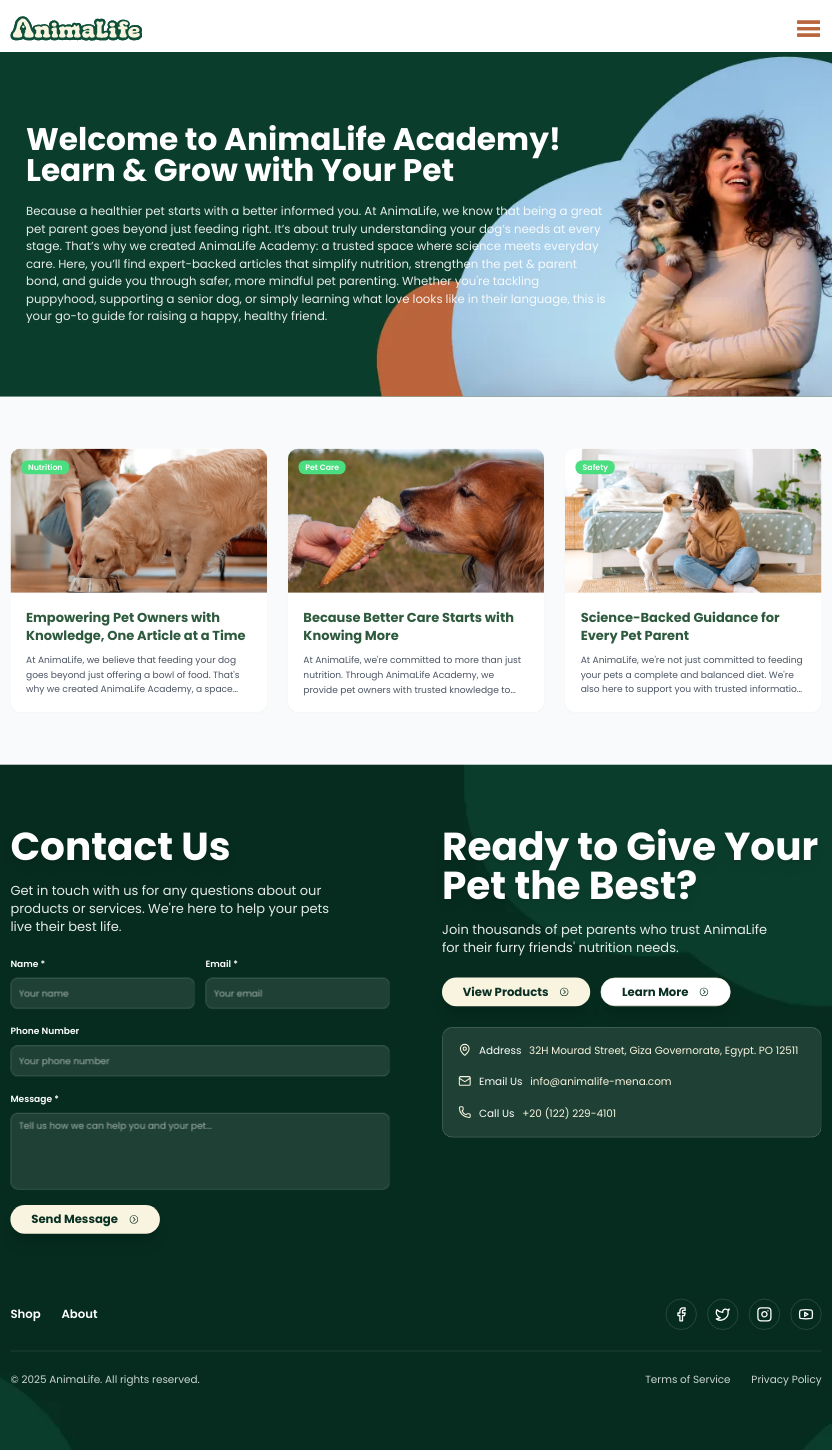
Repository: the-jupiteragency/animalife
Page: /academy
These files come from the project's save history. The page is drawn as it stood at one moment and after a run of saves; the edit follows.
The browser window is 1280 px wide. The pictures show the whole page, at 65% of full size.
The project was rebuilt for these pictures with package versions that can differ from the ones it lists, and the page was loaded fresh each time. The framework's server and built-in components were replaced by stand-ins that run in the browser. Also part of the build but not shown: next.config.mjs.

Above is the page before, as saved 2025-08-05 09:37:43.

After the next 2 saves:
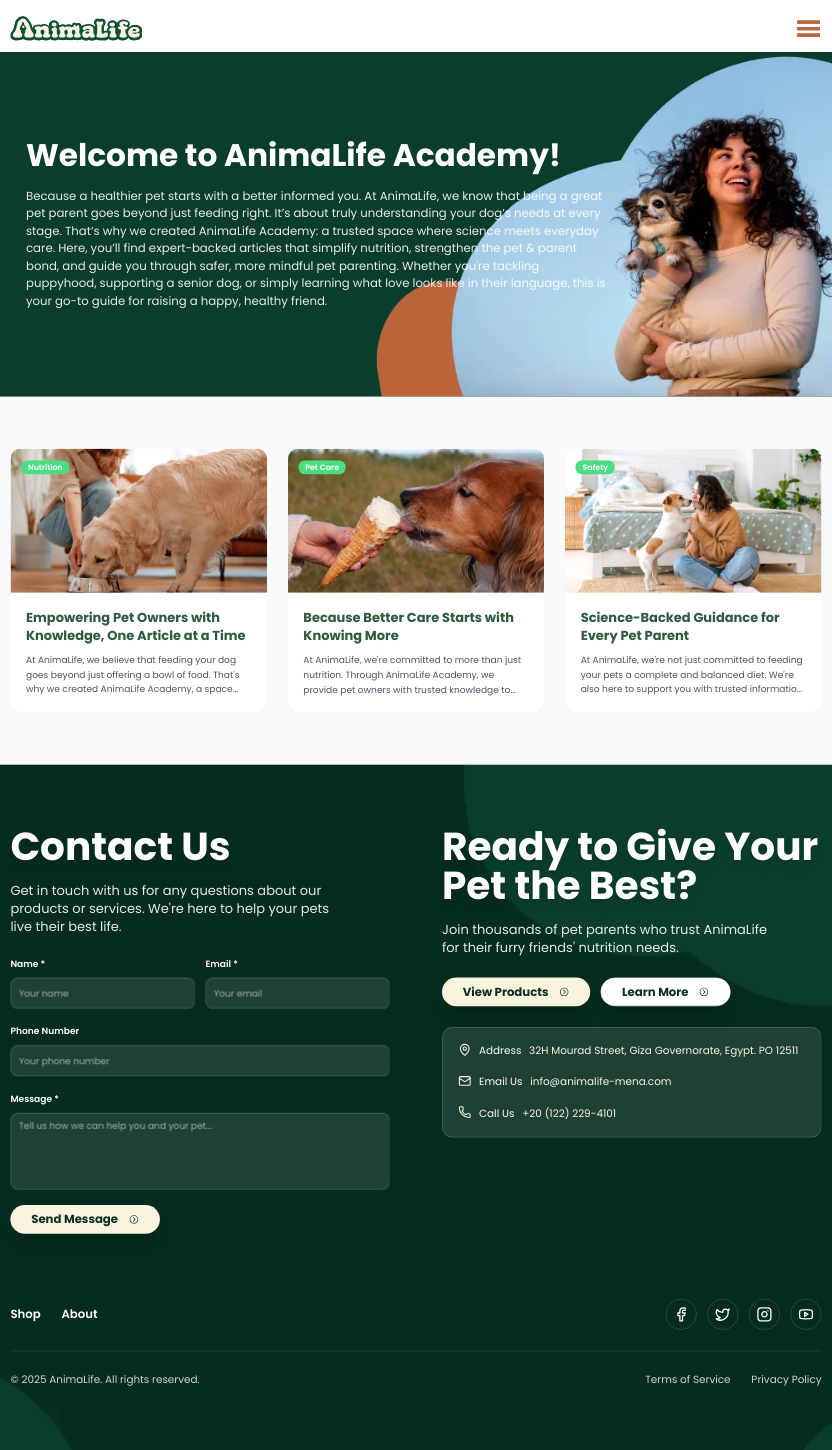
The 2 saves are shown as one change because 1 did not build or start.
The last was saved 20 s later.
--- a/app/academy/page.tsx
+++ b/app/academy/page.tsx
@@ -30,11 +30,9 @@
           </div>
           <div className="relative z-10 px-10 mx-auto  h-full flex items-center">
             <div className="max-w-4xl">
-              <h1 className="text-4xl md:text-5xl font-bold text-white mb-6">
+              <h2 className="text-4xl md:text-5xl font-bold text-white mb-6">
                 Welcome to AnimaLife Academy!
-                <br />
-                Learn & Grow with Your Pet
-              </h1>
+              </h2>
               <p className="text-lg text-white/90 leading-normal">
                 Because a healthier pet starts with a better informed you. At
                 AnimaLife, we know that being a great pet parent goes beyond
